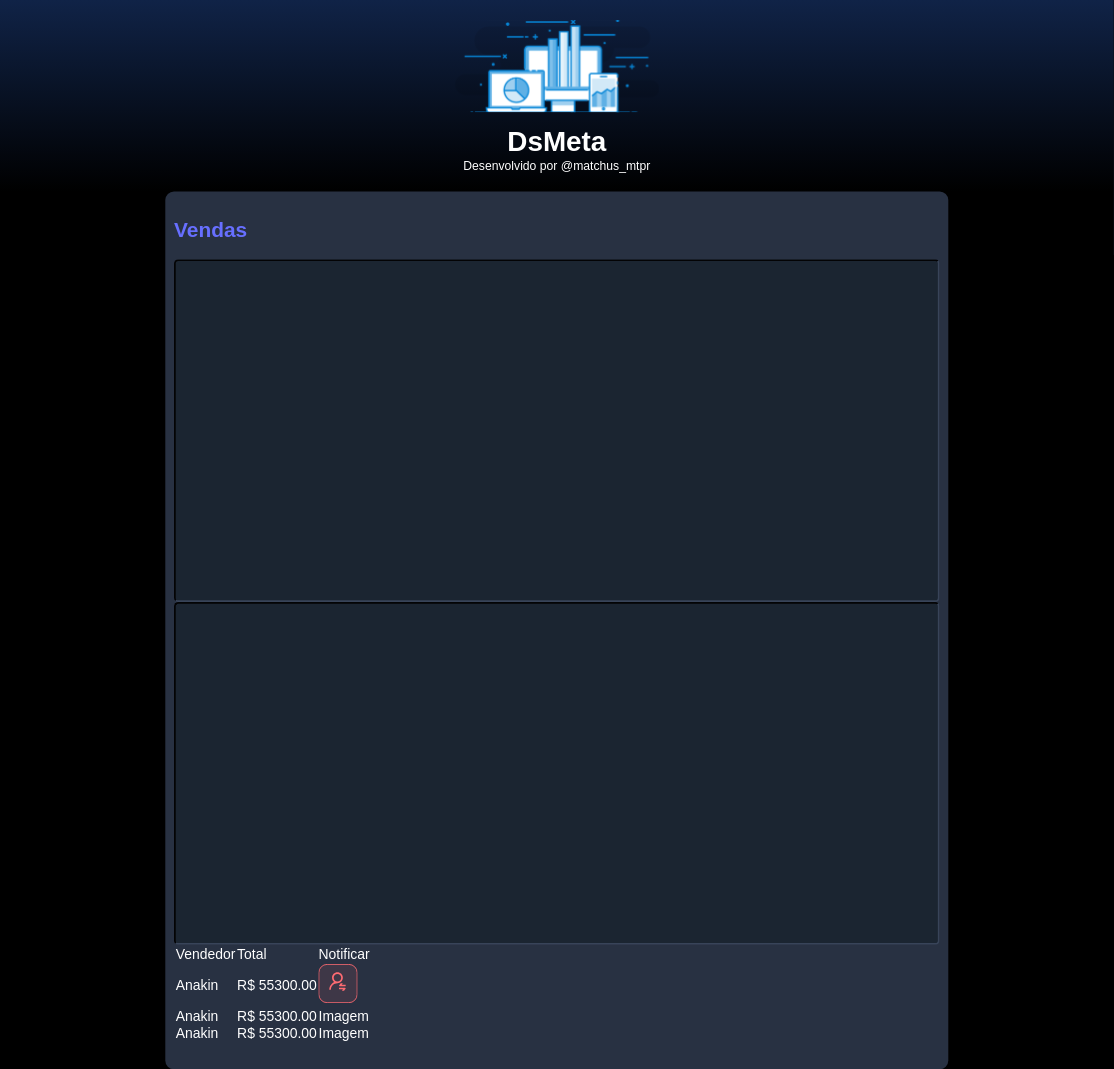
Repository: MatheusAlvesPereiraRosa/ds-meta
Page: index.html
These files come from the project's save history. The page is drawn as it stood at one moment and after the next save; the edit follows.
The browser window is 1280 px wide. The pictures show the whole page, at 87% of full size.

Above is the page before, as saved 2022-09-01 11:59:06.

After the next save:
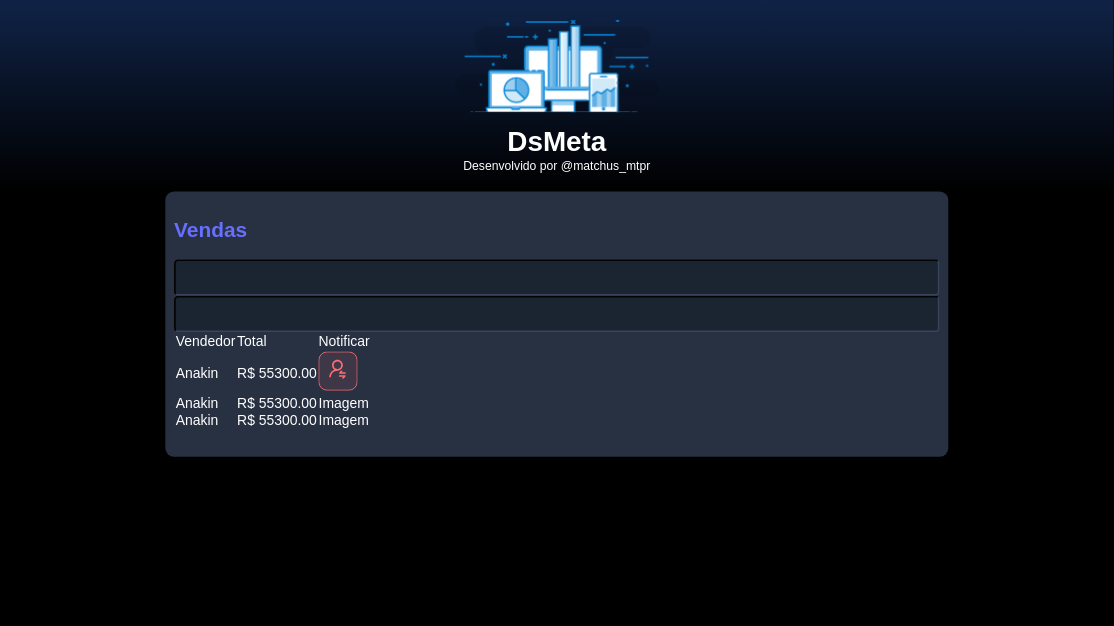
Saved 4 s later.
--- a/styles.css
+++ b/styles.css
@@ -73,6 +73,6 @@ a, a:hover, a:visited {
     border-radius: 5px;
     border-color: #384459;
     color: #9AAABE;
-    padding: 195px 20px;
+    padding: 19px 20px;
     font-size: 18px;
 }
